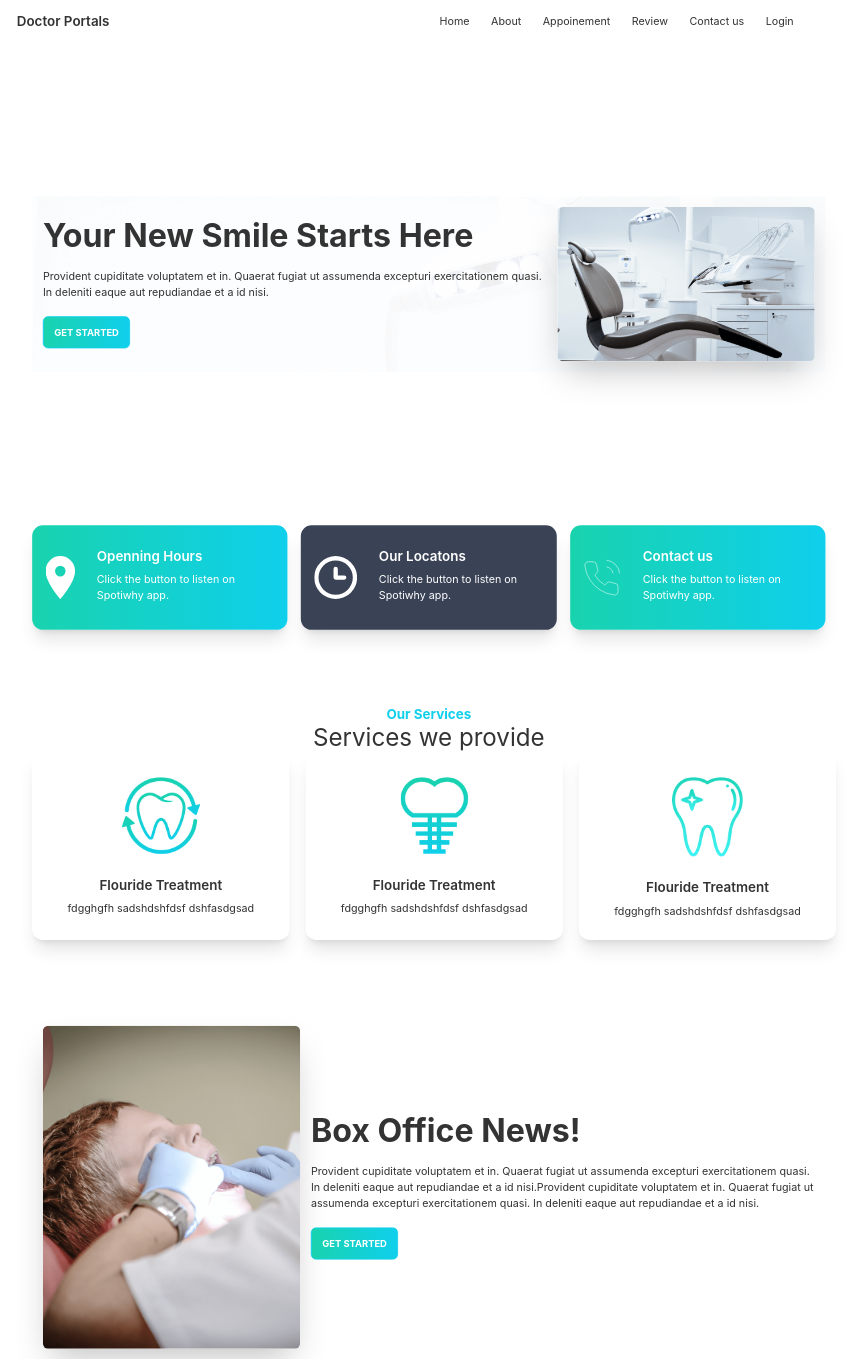
Repository: devsajid/doctors-portal-client
Page: /
These files come from the project's save history. The page is drawn as it stood at one moment and after a run of saves; the edit follows.
The browser window is 1280 px wide. The pictures show the whole page, at 67% of full size.
Backgrounds fixed to the window are drawn as part of the page. The project was rebuilt for these pictures with package versions that can differ from the ones it lists, and the page was loaded fresh each time. Also part of the build but not shown: src/App.css, src/Pages/About/About.js, src/Pages/Appoinment/Appoinment.js, src/Pages/Contact/Contact.js, src/Pages/Login/Login.js, src/Pages/Review/Review.js.

Above is the page before, as saved 2022-08-05 22:46:52.

After the next 2 saves:
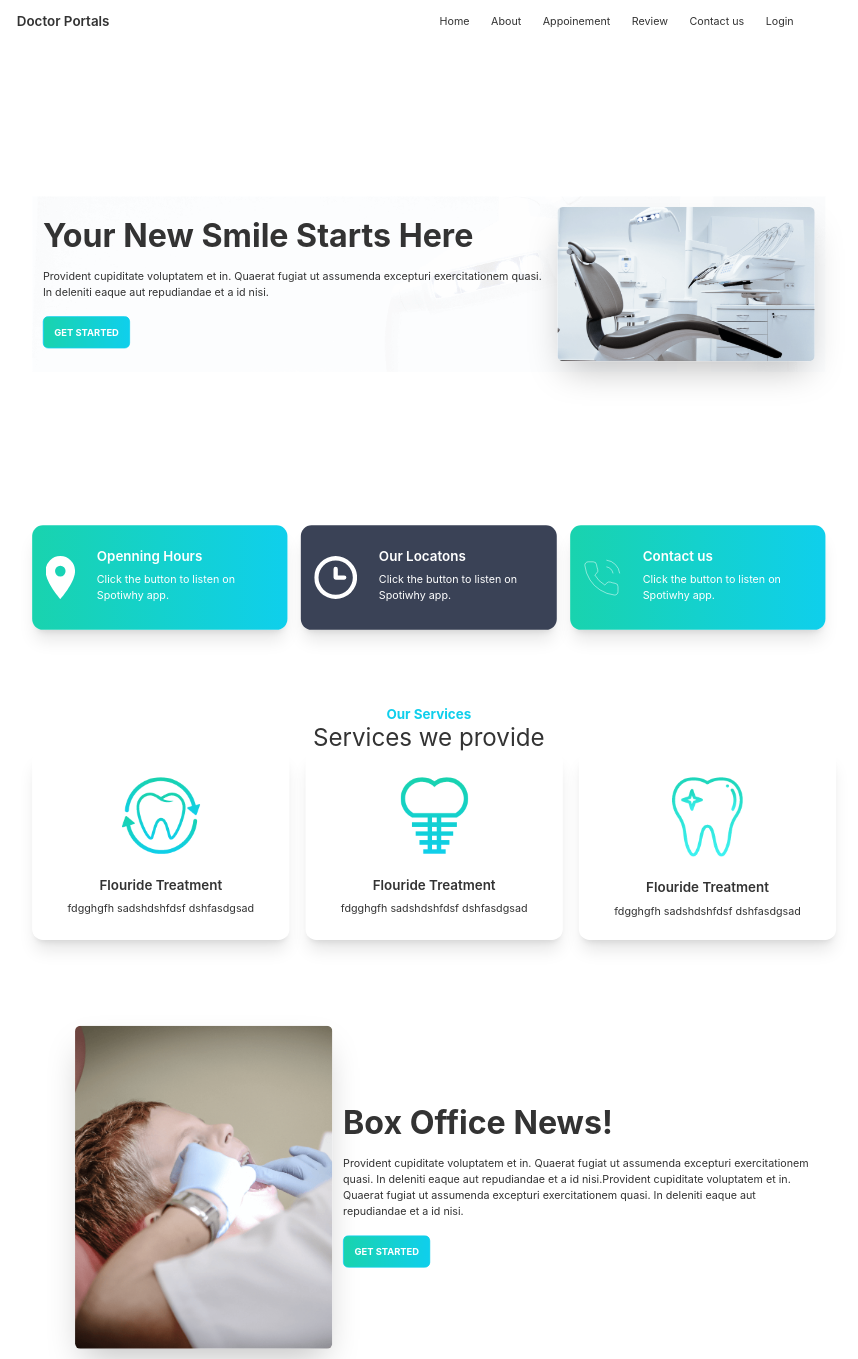
The 2 saves are shown as one change because they came seconds apart.
The last was saved 25 s later.
--- a/src/Pages/Terms/Terms.js
+++ b/src/Pages/Terms/Terms.js
@@ -4,7 +4,7 @@
 const Terms = () => {
   return (
     <div class="hero">
-      <div class="hero-content pl-30 flex-col lg:flex-row ml-">
+      <div class="hero-content pl-30 flex-col lg:flex-row ml-12">
         <img
           src={treatment}
           class="max-w-sm rounded-lg shadow-2xl"

After the 2 saves that followed:
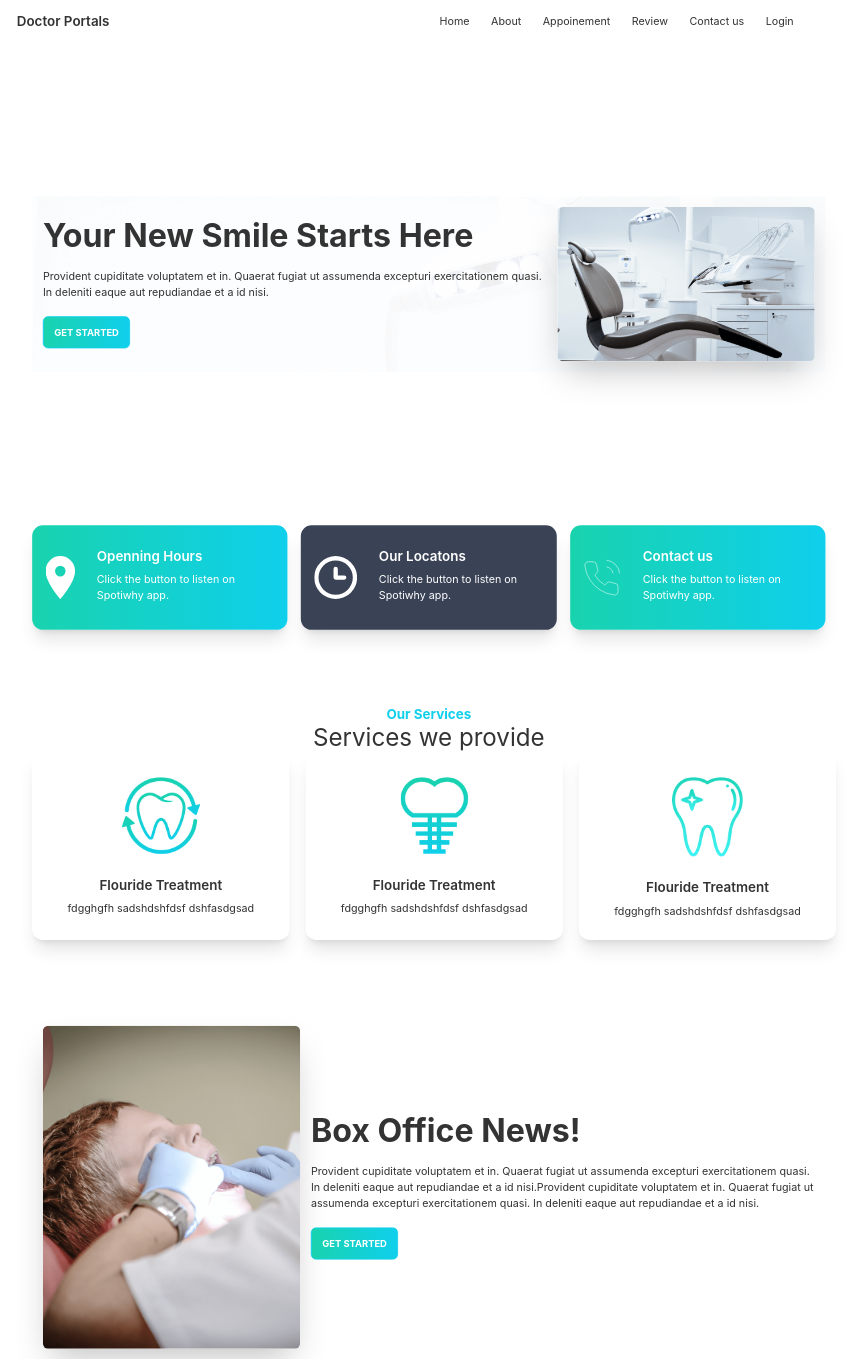
The 2 saves are shown as one change because they came seconds apart.
The last was saved 14 s later.
--- a/src/Pages/Terms/Terms.js
+++ b/src/Pages/Terms/Terms.js
@@ -4,7 +4,7 @@
 const Terms = () => {
   return (
     <div class="hero">
-      <div class="hero-content pl-30 flex-col lg:flex-row ml-12">
+      <div class="hero-content pl-30 flex-col lg:flex-row ml">
         <img
           src={treatment}
           class="max-w-sm rounded-lg shadow-2xl"
